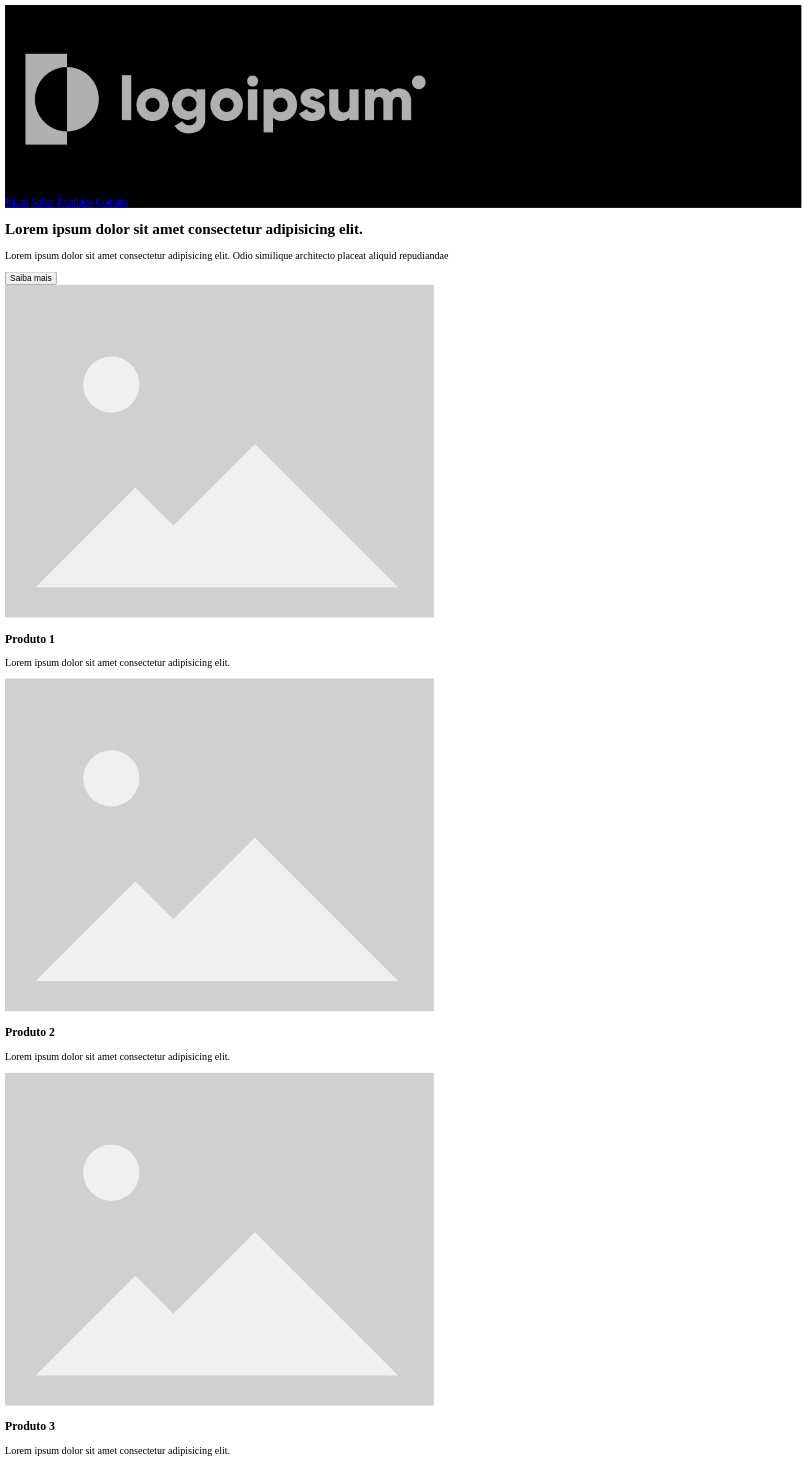
Repository: Carolden/SiteCrie_Ti
Page: index.html
These files come from the project's save history. The page is drawn as it stood at one moment and after the next save; the edit follows.
The browser window is 1280 px wide. The pictures show the whole page, at 63% of full size.

Above is the page before, as saved 2023-04-20 22:12:33.

### index.html
<!DOCTYPE html>
<html lang="pt-BR">
<head>
    <meta charset="UTF-8">
    <meta http-equiv="X-UA-Compatible" content="IE=edge">
    <meta name="viewport" content="width=device-width, initial-scale=1.0">
    <title>Document</title>
    <link rel="stylesheet" type="text/css" href="index.css" media="screen" />
</head>
<body>

    <header>
        <div>
            <img src="images/logo.png" alt="logo">
        </div>
        <nav>
            <a href="inicio">Inicio</a>
            <a href="sobre">Sobre</a>
            <a href="produtos">Produtos</a>
            <a href="contato">Contato</a>
        </nav>
    </header>

    <main>

    <section>
        <h1>Lorem ipsum dolor sit amet consectetur adipisicing elit.</h1>
        <p>Lorem ipsum dolor sit amet consectetur adipisicing elit. Odio similique architecto placeat aliquid repudiandae</p>
        <button>Saiba mais</button>
    </section>

    <section>
        <div>
            <div>
                <img src="images/placeholder.png" alt="imagem1">
                <h3>Produto 1</h3>
                <p>Lorem ipsum dolor sit amet consectetur adipisicing elit.</p>
            </div>

            <div>
                <img src="images/placeholder.png" alt="imagem2">
                <h3>Produto 2</h3>
                <p>Lorem ipsum dolor sit amet consectetur adipisicing elit.</p>
            </div>

            <div>
                <img src="images/placeholder.png" alt="imagem3">
                <h3>Produto 3</h3>
                <p>Lorem ipsum dolor sit amet consectetur adipisicing elit.</p>
            </div>
        </div>
    </section>


    </main>





</body>
</html>

### index.css
header {
    background-color: black;
}

header nav {
    color: white;
}

After the next save:
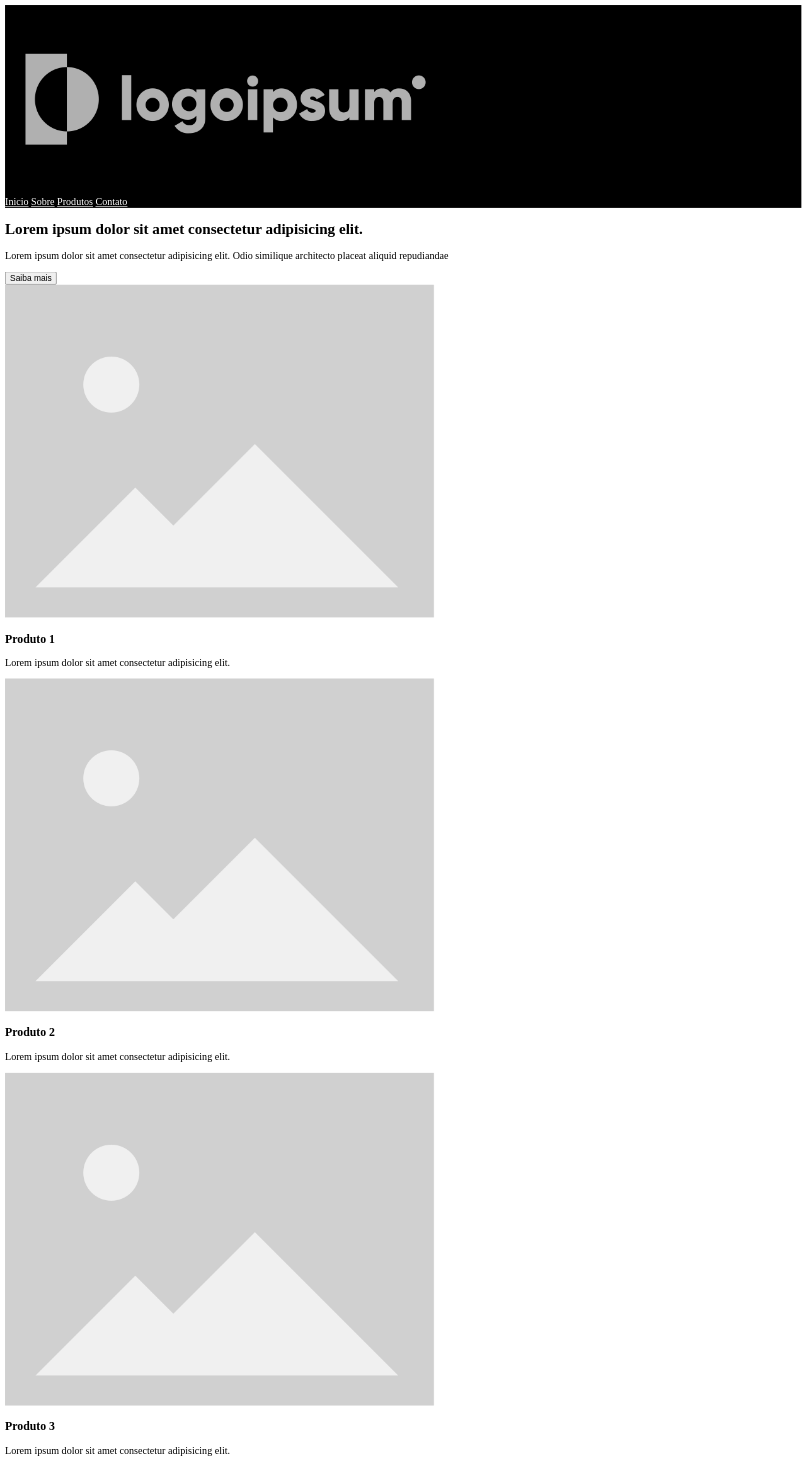
Saved 22 s later.
--- a/index.css
+++ b/index.css
@@ -2,6 +2,6 @@
     background-color: black;
 }
 
-header nav {
+header nav a {
     color: white;
 }
